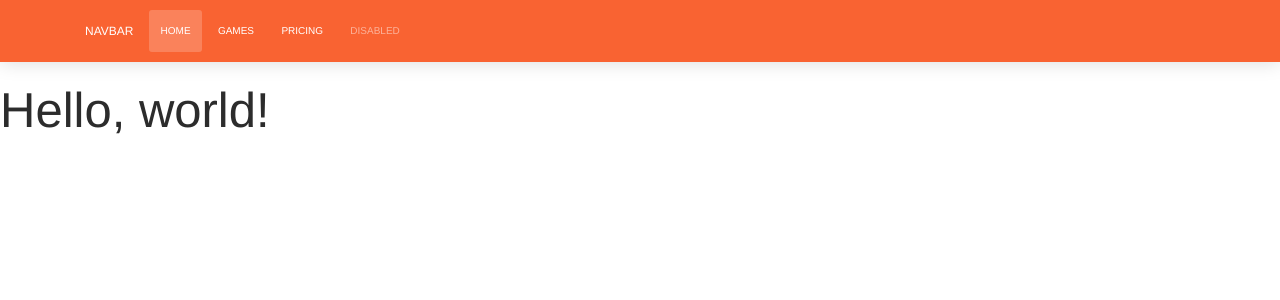
Repository: kkyler24/MathInvader
Page: index.html
These files come from the project's save history. The page is drawn as it stood at one moment and after the next save; the edit follows.
The browser window is 1280 px wide. The pictures show the whole page.
Some web libraries are served in a nearby version.

Above is the page before, as saved 2020-07-19 15:53:55.

### index.html
<!DOCTYPE html>
<html lang="en">
  <head>
    <!-- Required meta tags -->
    <meta charset="utf-8" />
    <meta
      name="viewport"
      content="width=device-width, initial-scale=1, shrink-to-fit=no"
    />

    <!-- Bootstrap CSS -->
    <link
      rel="stylesheet"
      href="https://maxcdn.bootstrapcdn.com/bootstrap/4.0.0/css/bootstrap.min.css"
      integrity="sha384-Gn5384xqQ1aoWXA+058RXPxPg6fy4IWvTNh0E263XmFcJlSAwiGgFAW/dAiS6JXm"
      crossorigin="anonymous"
    />
    <link href="../assets/css/now-ui-kit.css?v=1.2.0" rel="stylesheet" />

    <title>Math Invaders</title>
  </head>
  <body>
    <nav class="navbar navbar-expand-lg bg-primary">
      <div class="container">
        <a class="navbar-brand" href="#">Navbar</a>
        <button
          class="navbar-toggler"
          type="button"
          data-toggle="collapse"
          data-target="#navbarNav"
          aria-controls="navbarNav"
          aria-expanded="false"
          aria-label="Toggle navigation"
        >
          <span class="navbar-toggler-icon"></span>
        </button>
        <div class="collapse navbar-collapse" id="navbarNav">
          <ul class="navbar-nav">
            <li class="nav-item active">
              <a class="nav-link" href="#"
                >Home <span class="sr-only">(current)</span></a
              >
            </li>
            <li class="nav-item">
              <a class="nav-link" href="#">Games</a>
            </li>
            <li class="nav-item">
              <a class="nav-link" href="#">Pricing</a>
            </li>
            <li class="nav-item">
              <a class="nav-link disabled" href="#">Disabled</a>
            </li>
          </ul>
        </div>
      </div>
    </nav>
    <h1>Hello, world!</h1>

    <!-- Optional JavaScript -->
    <!-- jQuery first, then Popper.js, then Bootstrap JS -->
    <script
      src="https://code.jquery.com/jquery-3.2.1.slim.min.js"
      integrity="sha384-KJ3o2DKtIkvYIK3UENzmM7KCkRr/rE9/Qpg6aAZGJwFDMVNA/GpGFF93hXpG5KkN"
      crossorigin="anonymous"
    ></script>
    <script
      src="https://cdnjs.cloudflare.com/ajax/libs/popper.js/1.12.9/umd/popper.min.js"
      integrity="sha384-ApNbgh9B+Y1QKtv3Rn7W3mgPxhU9K/ScQsAP7hUibX39j7fakFPskvXusvfa0b4Q"
      crossorigin="anonymous"
    ></script>
    <script
      src="https://maxcdn.bootstrapcdn.com/bootstrap/4.0.0/js/bootstrap.min.js"
      integrity="sha384-JZR6Spejh4U02d8jOt6vLEHfe/JQGiRRSQQxSfFWpi1MquVdAyjUar5+76PVCmYl"
      crossorigin="anonymous"
    ></script>
    <script src="../assets/js/plugins/bootstrap-switch.js"></script>
    <script
      src="../assets/js/plugins/nouislider.min.js"
      type="text/javascript"
    ></script>
    <script
      src="../assets/js/plugins/bootstrap-datepicker.js"
      type="text/javascript"
    ></script>
    <script
      src="../assets/js/now-ui-kit.js?v=1.2.0"
      type="text/javascript"
    ></script>
  </body>
</html>

### jsFolder/UIAssets/now-ui-kit-master/assets/js/now-ui-kit.js
/*!

 =========================================================
 * Now UI Kit - v1.3.0
 =========================================================

 * Product Page: https://www.creative-tim.com/product/now-ui-kit
 * Copyright 2019 Creative Tim (http://www.creative-tim.com)

 * Designed by www.invisionapp.com Coded by www.creative-tim.com

 =========================================================

 * The above copyright notice and this permission notice shall be included in all copies or substantial portions of the Software.

 */


var transparent = true;
var big_image;

var transparentDemo = true;
var fixedTop = false;

var navbar_initialized,
  backgroundOrange = false,
  toggle_initialized = false;

var nowuiKit,
  $navbar,
  scroll_distance,
  oVal;

$(document).ready(function() {
  //  Activate the Tooltips
  $('[data-toggle="tooltip"], [rel="tooltip"]').tooltip();

  // Activate Popovers and set color for popovers
  $('[data-toggle="popover"]').each(function() {
    color_class = $(this).data('color');
    $(this).popover({
      template: '<div class="popover popover-' + color_class + '" role="tooltip"><div class="arrow"></div><h3 class="popover-header"></h3><div class="popover-body"></div></div>'
    });
  });

  // Activate the image for the navbar-collapse
  nowuiKit.initNavbarImage();

  $navbar = $('.navbar[color-on-scroll]');
  scroll_distance = $navbar.attr('color-on-scroll') || 500;

  // Check if we have the class "navbar-color-on-scroll" then add the function to remove the class "navbar-transparent" so it will transform to a plain color.

  if ($('.navbar[color-on-scroll]').length != 0) {
    nowuiKit.checkScrollForTransparentNavbar();
    $(window).on('scroll', nowuiKit.checkScrollForTransparentNavbar)
  }

  $('.form-control').on("focus", function() {
    $(this).parent('.input-group').addClass("input-group-focus");
  }).on("blur", function() {
    $(this).parent(".input-group").removeClass("input-group-focus");
  });

  // Activate bootstrapSwitch
  $('.bootstrap-switch').each(function() {
    $this = $(this);
    data_on_label = $this.data('on-label') || '';
    data_off_label = $this.data('off-label') || '';

    $this.bootstrapSwitch({
      onText: data_on_label,
      offText: data_off_label
    });
  });

  if ($(window).width() >= 992) {
    big_image = $('.page-header-image[data-parallax="true"]');

    $(window).on('scroll', nowuiKitDemo.checkScrollForParallax);
  }

  // Activate Carousel
  $('.carousel').carousel({
    interval: 4000
  });

  $('.date-picker').each(function() {
    $(this).datepicker({
      templates: {
        leftArrow: '<i class="now-ui-icons arrows-1_minimal-left"></i>',
        rightArrow: '<i class="now-ui-icons arrows-1_minimal-right"></i>'
      }
    }).on('show', function() {
      $('.datepicker').addClass('open');

      datepicker_color = $(this).data('datepicker-color');
      if (datepicker_color.length != 0) {
        $('.datepicker').addClass('datepicker-' + datepicker_color + '');
      }
    }).on('hide', function() {
      $('.datepicker').removeClass('open');
    });
  });


});

// Javascript just for Demo purpose, remove it from your project
nowuiKitDemo = {
  checkScrollForParallax: debounce(function() {
    var current_scroll = $(this).scrollTop();

    oVal = ($(window).scrollTop() / 3);
    big_image.css({
      'transform': 'translate3d(0,' + oVal + 'px,0)',
      '-webkit-transform': 'translate3d(0,' + oVal + 'px,0)',
      '-ms-transform': 'translate3d(0,' + oVal + 'px,0)',
      '-o-transform': 'translate3d(0,' + oVal + 'px,0)'
    });

  }, 6)

}

// Returns a function, that, as long as it continues to be invoked, will not
// be triggered. The function will be called after it stops being called for
// N milliseconds. If `immediate` is passed, trigger the function on the
// leading edge, instead of the trailing.

function debounce(func, wait, immediate) {
  var timeout;
  return function() {
    var context = this,
      args = arguments;
    clearTimeout(timeout);
    timeout = setTimeout(function() {
      timeout = null;
      if (!immediate) func.apply(context, args);
    }, wait);
    if (immediate && !timeout) func.apply(context, args);
  };
};

$(window).on('resize', function() {
  nowuiKit.initNavbarImage();
});

$(document).on('click', '.navbar-toggler', function() {
  $toggle = $(this);

  if (nowuiKit.misc.navbar_menu_visible == 1) {
    $('html').removeClass('nav-open');
    nowuiKit.misc.navbar_menu_visible = 0;
    $('#bodyClick').remove();
    setTimeout(function() {
      $toggle.removeClass('toggled');
    }, 550);
  } else {
    setTimeout(function() {
      $toggle.addClass('toggled');
    }, 580);
    div = '<div id="bodyClick"></div>';
    $(div).appendTo('body').click(function() {
      $('html').removeClass('nav-open');
      nowuiKit.misc.navbar_menu_visible = 0;
      setTimeout(function() {
        $toggle.removeClass('toggled');
        $('#bodyClick').remove();
      }, 550);
    });

    $('html').addClass('nav-open');
    nowuiKit.misc.navbar_menu_visible = 1;
  }
});

nowuiKit = {
  misc: {
    navbar_menu_visible: 0
  },

  checkScrollForTransparentNavbar: debounce(function() {
    if ($(document).scrollTop() > scroll_distance) {
      if (transparent) {
        transparent = false;
        $('.navbar[color-on-scroll]').removeClass('navbar-transparent');
      }
    } else {
      if (!transparent) {
        transparent = true;
        $('.navbar[color-on-scroll]').addClass('navbar-transparent');
      }
    }
  }, 17),

  initNavbarImage: function() {
    var $navbar = $('.navbar').find('.navbar-translate').siblings('.navbar-collapse');
    var background_image = $navbar.data('nav-image');

    if (background_image != undefined) {
      if ($(window).width() < 991 || $('body').hasClass('burger-menu')) {
        $navbar.css('background', "url('" + background_image + "')")
          .removeAttr('data-nav-image')
          .css('background-size', "cover")
          .addClass('has-image');
      } else {
        $navbar.css('background', "")
          .attr('data-nav-image', '' + background_image + '')
          .css('background-size', "")
          .removeClass('has-image');
      }
    }
  },

  initSliders: function() {
    // Sliders for demo purpose in refine cards section
    var slider = document.getElementById('sliderRegular');

    noUiSlider.create(slider, {
      start: 40,
      connect: [true, false],
      range: {
        min: 0,
        max: 100
      }
    });

    var slider2 = document.getElementById('sliderDouble');

    noUiSlider.create(slider2, {
      start: [20, 60],
      connect: true,
      range: {
        min: 0,
        max: 100
      }
    });
  }
}

// Javascript just for Demo purpose, remove it from your project
nowuiKitDemo = {
  checkScrollForParallax: debounce(function() {
    var current_scroll = $(this).scrollTop();

    oVal = ($(window).scrollTop() / 3);
    big_image.css({
      'transform': 'translate3d(0,' + oVal + 'px,0)',
      '-webkit-transform': 'translate3d(0,' + oVal + 'px,0)',
      '-ms-transform': 'translate3d(0,' + oVal + 'px,0)',
      '-o-transform': 'translate3d(0,' + oVal + 'px,0)'
    });

  }, 6)

}

// Returns a function, that, as long as it continues to be invoked, will not
// be triggered. The function will be called after it stops being called for
// N milliseconds. If `immediate` is passed, trigger the function on the
// leading edge, instead of the trailing.

function debounce(func, wait, immediate) {
  var timeout;
  return function() {
    var context = this,
      args = arguments;
    clearTimeout(timeout);
    timeout = setTimeout(function() {
      timeout = null;
      if (!immediate) func.apply(context, args);
    }, wait);
    if (immediate && !timeout) func.apply(context, args);
  };
};

Loaded but not shown: jsFolder/UIAssets/now-ui-kit-master/assets/css/now-ui-kit.css (library); jsFolder/UIAssets/now-ui-kit-master/assets/js/plugins/bootstrap-switch.js (library); jsFolder/UIAssets/now-ui-kit-master/assets/js/plugins/nouislider.min.js (library); jsFolder/UIAssets/now-ui-kit-master/assets/js/plugins/bootstrap-datepicker.js (library)

After the next save:
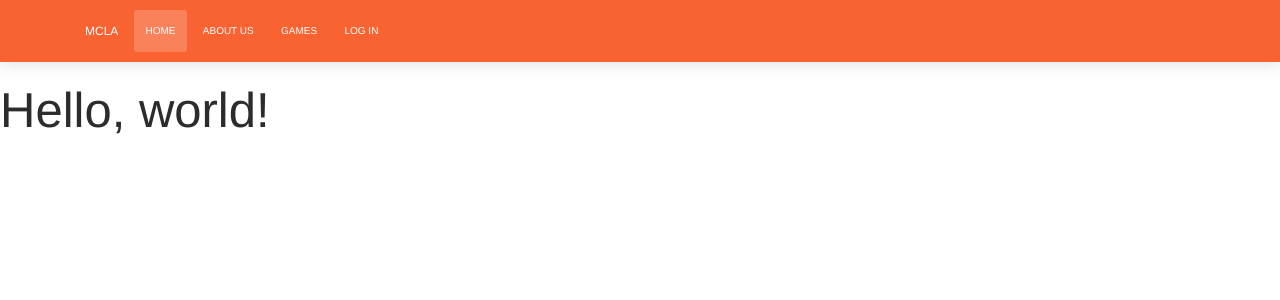
Saved 12 min 44 s later.
--- a/index.html
+++ b/index.html
@@ -22,7 +22,7 @@
   <body>
     <nav class="navbar navbar-expand-lg bg-primary">
       <div class="container">
-        <a class="navbar-brand" href="#">Navbar</a>
+        <a class="navbar-brand" href="#">MCLA</a>
         <button
           class="navbar-toggler"
           type="button"
@@ -42,13 +42,13 @@
               >
             </li>
             <li class="nav-item">
+              <a class="nav-link" href="#">About Us</a>
+            </li>
+            <li class="nav-item">
               <a class="nav-link" href="#">Games</a>
             </li>
             <li class="nav-item">
-              <a class="nav-link" href="#">Pricing</a>
-            </li>
-            <li class="nav-item">
-              <a class="nav-link disabled" href="#">Disabled</a>
+              <a class="nav-link" href="#">Log In</a>
             </li>
           </ul>
         </div>
